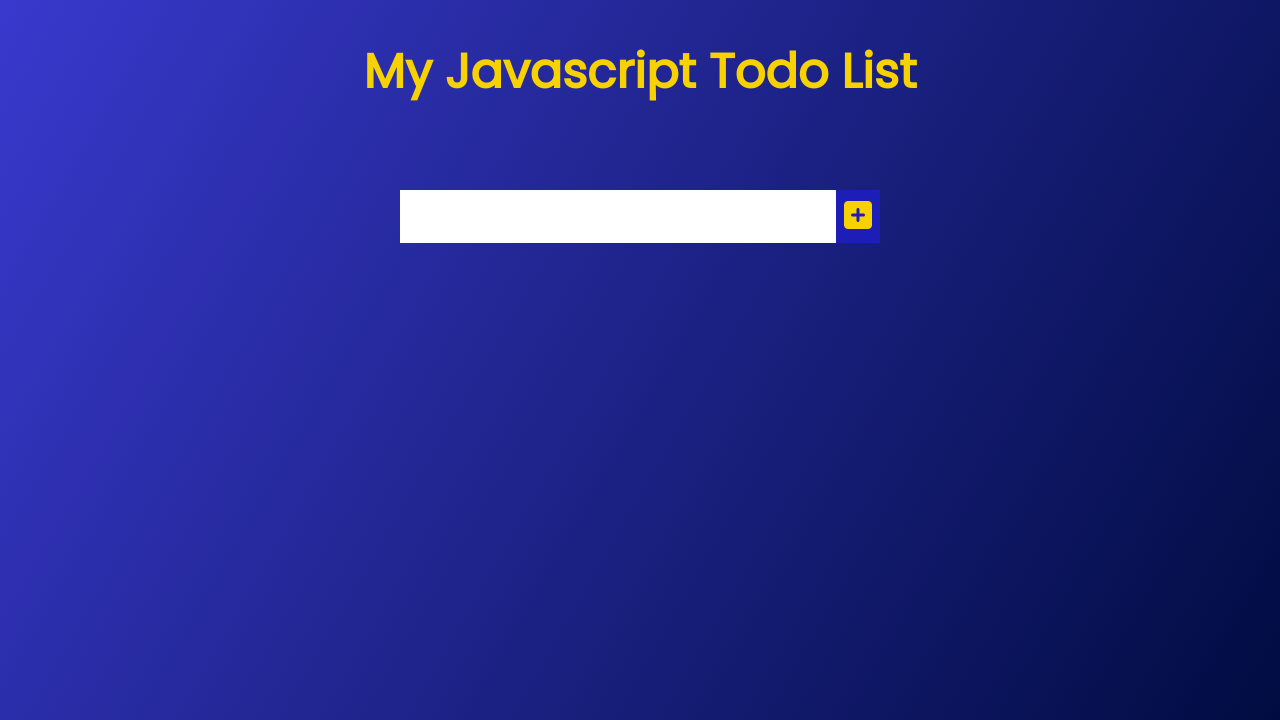
Repository: LuisMiLR/JavaScript-Todo-List
Page: index.html
The author's editor kept a copy of each file at every save. The page is drawn from the files as they stood at one save, then again after the next save.
The browser window is 1280 px wide. The pictures show the whole page.
The pointer rests on the first visible `form button`.

Above is the page before, as saved 2023-05-01 14:55:23.

### index.html
<!DOCTYPE html>
<html lang="en">
<head>
    <meta charset="UTF-8">
    <meta http-equiv="X-UA-Compatible" content="IE=edge">
    <meta name="viewport" content="width=device-width, initial-scale=1.0">
    <title>My Javascript Todo List</title>
    <link rel="stylesheet" href="style.css">
    <link href="https://fonts.googleapis.com/css2?family=Orbitron:wght@400;700&family=Poppins:wght@200;400&display=swap" rel="stylesheet">
    <link rel="stylesheet" href="https://cdnjs.cloudflare.com/ajax/libs/font-awesome/6.4.0/css/all.min.css" integrity="sha512-iecdLmaskl7CVkqkXNQ/ZH/XLlvWZOJyj7Yy7tcenmpD1ypASozpmT/E0iPtmFIB46ZmdtAc9eNBvH0H/ZpiBw==" crossorigin="anonymous" referrerpolicy="no-referrer" />
</head>
<body>

    <header>
        <h1>My Javascript Todo List </h1>
    </header>
    <form>
        <input type="text" class="todo-input">
        <button class="todo-button" type="submit">
        <i class="fa-solid fa-square-plus"></i>
        </button>
    </form>
    <div class="todo-container">
        <ul class="todo-list">
        </ul>
    </div>

    <script src="./app.js"> </script>
</body>
</html>

### style.css
*{
    margin: 0;
    padding: 0;
    box-sizing: border-box;
}

body {
    background-image: linear-gradient(120deg, #3939cd,#000c41);
    color: rgb(248, 210, 0);
    min-height: 100vh;
    font-family: "poppins",sans-serif;
}

header{
    font-size: 1.5rem;
}
header, form {
    min-height: 20vh;
    display: flex;
    justify-content: center;
    align-items: center;
}

form input, form button {
    padding: 0.5rem;
    font-size: 2rem;
    border: none;
    background: white;
}
form button{
    color: #000c41;
    background: white;
    cursor: pointer;
    transition: all 0.3s ease;
}

form button:hover {
    background: #1d1db7;
    color: rgb(248, 210, 0);
}

.todo-container {
    display: flex;
    justify-content:center;
    align-items: center;
}

.todo-list {
    min-width: 30%;
    list-style: none;
}

.todo {
    display: flex;
    justify-content: space-between;
    align-items: center;
    background: white;
    color: #000c41;
    font-size: 1.5rem;
    margin: 0.5rem;
    transition: all 0.5 ease;
}
.todo li {
    flex: 1;
}

.trash-btn,
.complete-btn {
    background:rgb(248, 210, 0);
    color: #000c41;
    border: none;
    padding: 1rem;
    cursor: pointer;
    font-size: 1rem;
}

.complete-btn {
    background: rgb(73, 204, 73);
}

.todo-item {
    padding: 0rem 0.5;
}

### app.js
//SELECTEURS
const todoInput = document.querySelector(".todo-input");
const todoButton = document.querySelector(".todo-button");
const todoList = document.querySelector(".todo-list");

//ECOUTEURS
todoButton.addEventListener("click", addTodo);

//FUNCTIONS
function addTodo(event) {
    event.preventDefault();
    //TODO DIV
    const todoDiv = document.createElement("div");
    todoDiv.classList.add("todo");
    //CREER LE LI
    const newTodo = document.createElement("li");
    newTodo.innerText = "hey";
    newTodo.classList.add("todo-item");
    todoDiv.appendChild(newTodo);
    //BOUTON CHECK
    const completedButton = document.createElement("button");
    completedButton.innerHTML = '<i class="fas fa-check"></i>';
    completedButton.classList.add("complete-btn");
    todoDiv.appendChild(completedButton);
    //BOUTON SUPPRIMER
    const trashButton = document.createElement("button");
    trashButton.innerHTML = '<i class="fas fa-trash"></i>';
    trashButton.classList.add("trash-btn");
    todoDiv.appendChild(trashButton);
    //AJOUTER NOTRE TODO A TODO-LIST
    todoList.appendChild(todoDiv);
}

After the next save:
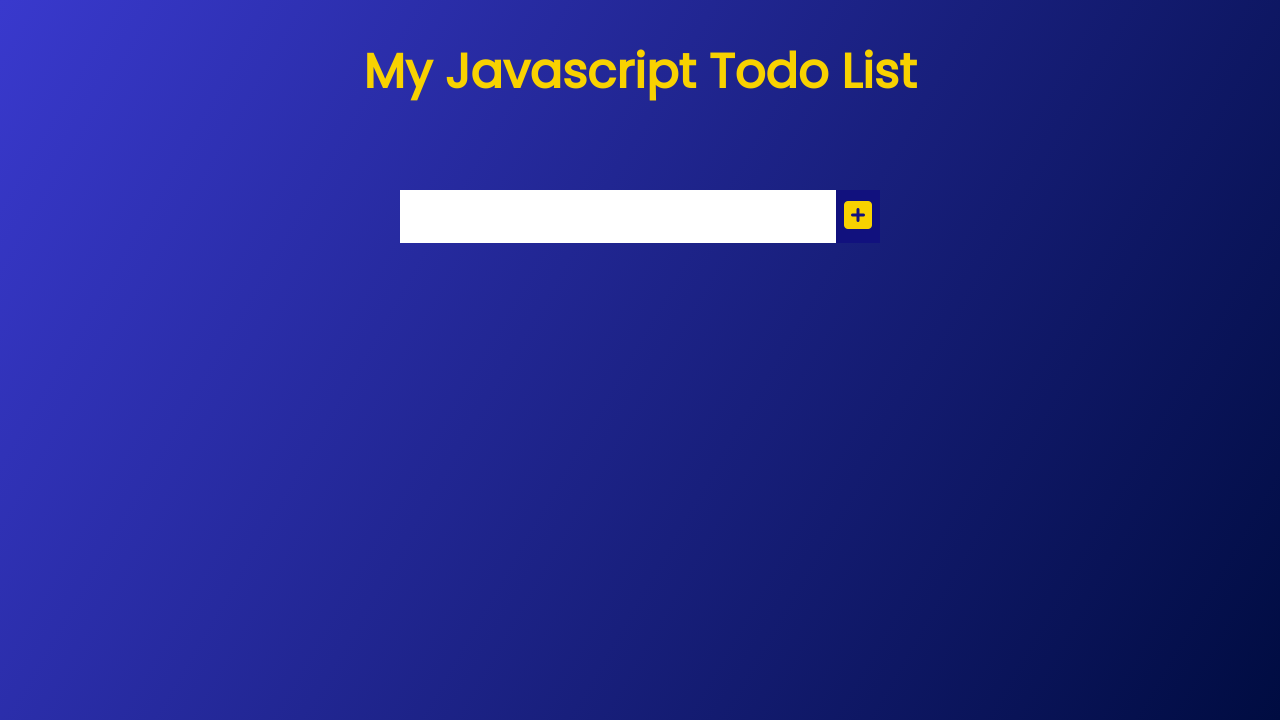
Saved 61 s later.
--- a/style.css
+++ b/style.css
@@ -35,7 +35,7 @@ form button{
 }
 
 form button:hover {
-    background: #1d1db7;
+    background: #11117e;
     color: rgb(248, 210, 0);
 }
 
